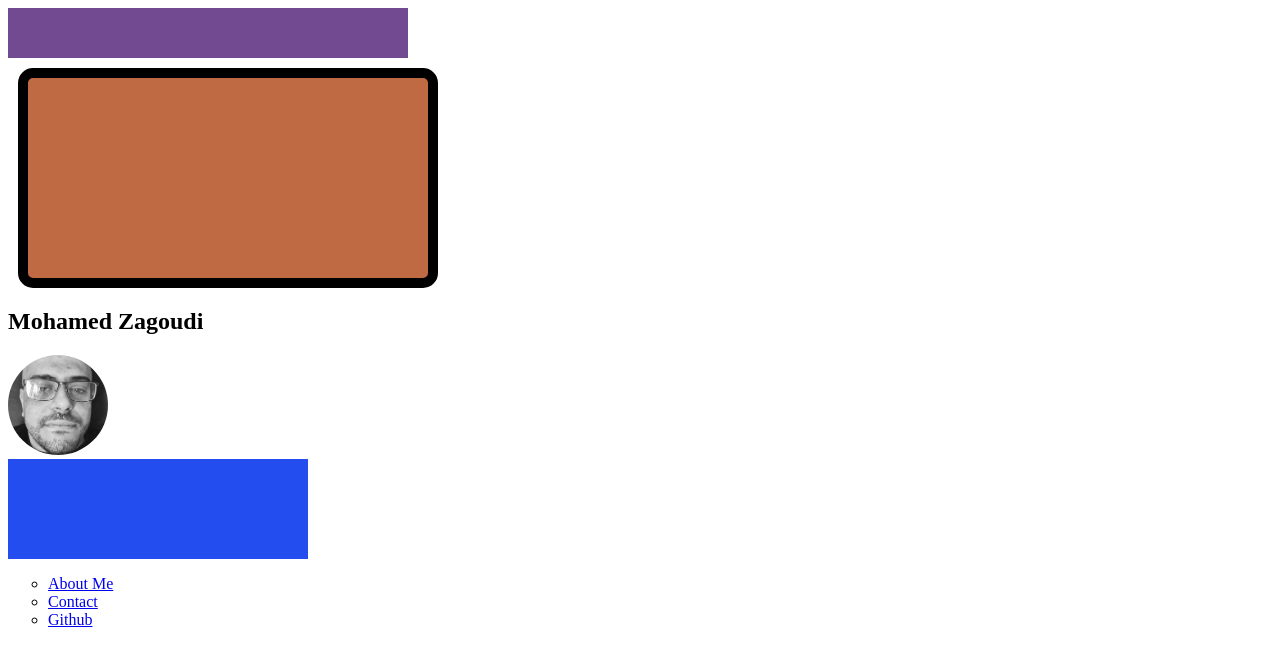
Repository: Mohzagou/Eersteportofolio
Page: index.html
The author's editor kept a copy of each file at every save. The page is drawn from the files as they stood at one save, then again after the next save.
The browser window is 1280 px wide. The pictures show the whole page.

Above is the page before, as saved 2022-06-07 19:32:37.

After the next save:
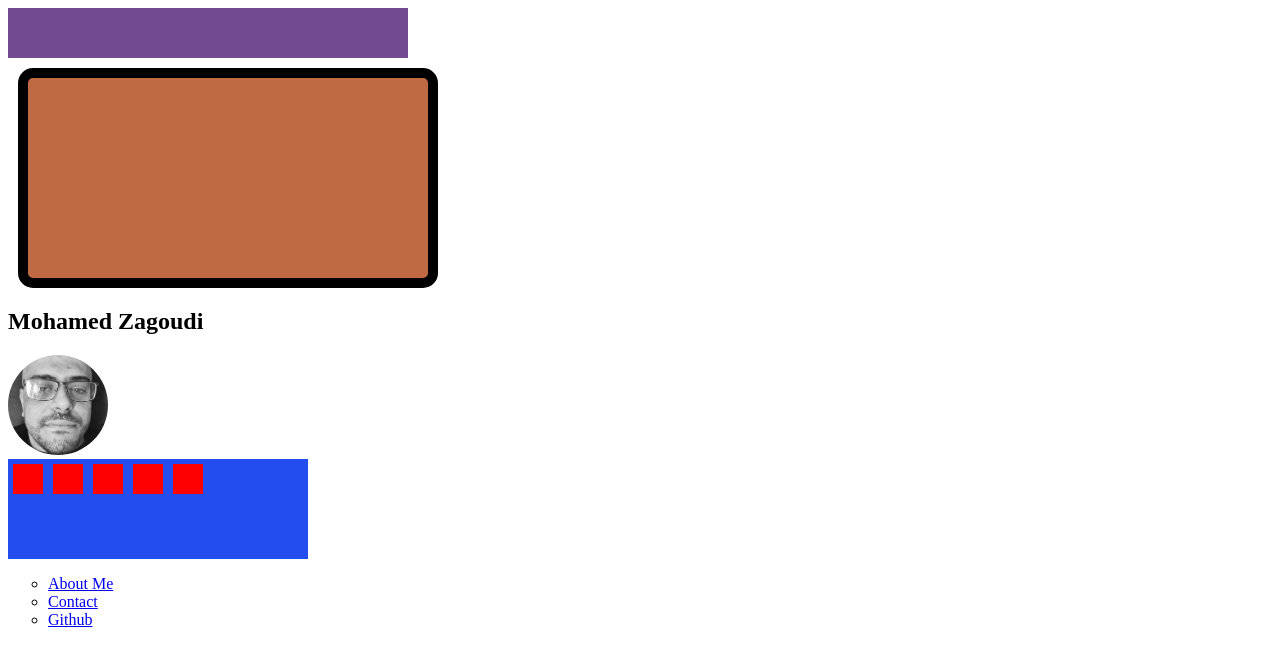
Saved 41 s later.
--- a/styles.css
+++ b/styles.css
@@ -30,6 +30,8 @@ section {
 }
 
 .test {
-    width: 100px;
-    height: 50px;
+    width: 30px;
+    height: 30px;
+    background-color: red;
+    margin: 5px;
 }
